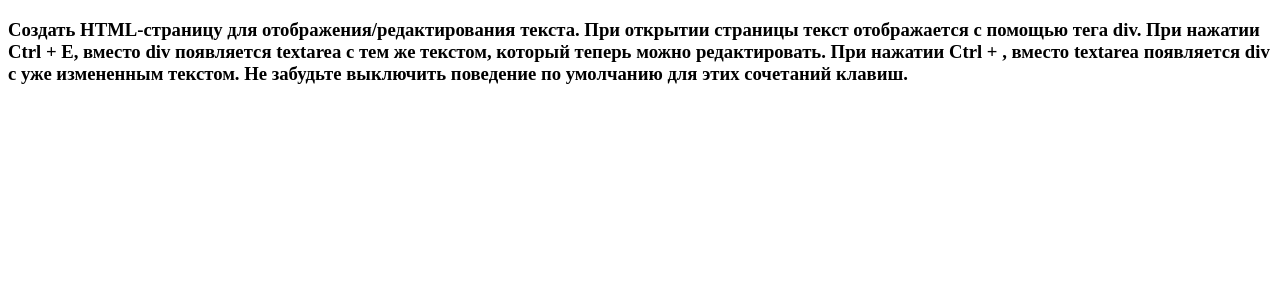
Repository: NastyaGavrilova/Beetroot-js
Page: HW8/task1/index.html
The author's editor kept a copy of each file at every save. The page is drawn from the files as they stood at one save, then again after the next save.
The browser window is 1280 px wide. The pictures show the whole page.

Above is the page before, as saved 2021-10-26 14:31:09.

### HW8/task1/index.html
<!DOCTYPE html>
<html lang="en">
  <head>
    <meta charset="UTF-8" />
    <meta http-equiv="X-UA-Compatible" content="IE=edge" />
    <meta name="viewport" content="width=device-width, initial-scale=1.0" />
    <title>Cобытия</title>
  </head>
  <body>
    <header class="c-header">
      <div class="c-header__wrapper">
        <div class="c-header__title">
          <h3>
            Создать HTML-страницу для отображения/редактирования текста. При
            открытии страницы текст отображается с помощью тега div. При нажатии
            Ctrl + E, вместо div появляется textarea с тем же текстом, который
            теперь можно редактировать. При нажатии Ctrl + , вместо textarea
            появляется div с уже измененным текстом. Не забудьте выключить
            поведение по умолчанию для этих сочетаний клавиш.
          </h3>
        </div>
      </div>
    </header>

    <div class="c-content" id="js-content">
      <div class="c-content__textarea" id="js-content__textarea"></div>
    </div>

    <script src="./index.js"></script>
  </body>
</html>

Loaded but not shown: HW8/task1/index.js (no stored copy; drawn as an empty file)

After the next save:
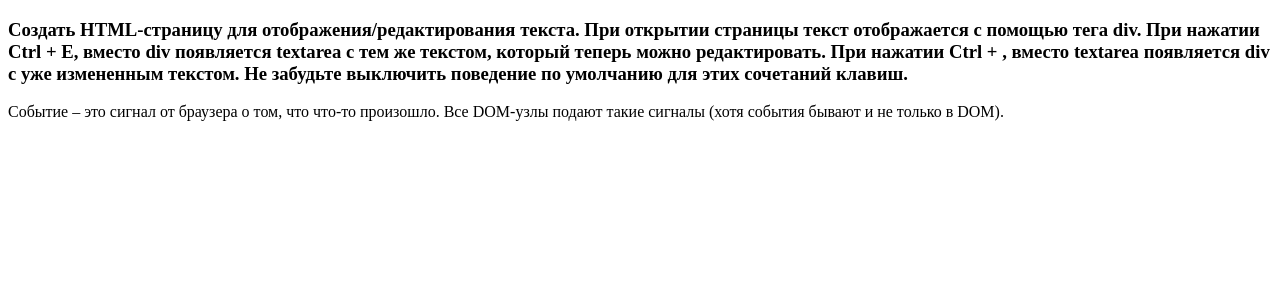
Saved 35 s later.
--- a/HW8/task1/index.html
+++ b/HW8/task1/index.html
@@ -23,7 +23,10 @@
     </header>
 
     <div class="c-content" id="js-content">
-      <div class="c-content__textarea" id="js-content__textarea"></div>
+      <div class="c-content__textarea" id="js-content__textarea">
+        Событие – это сигнал от браузера о том, что что-то произошло. Все
+        DOM-узлы подают такие сигналы (хотя события бывают и не только в DOM).
+      </div>
     </div>
 
     <script src="./index.js"></script>
